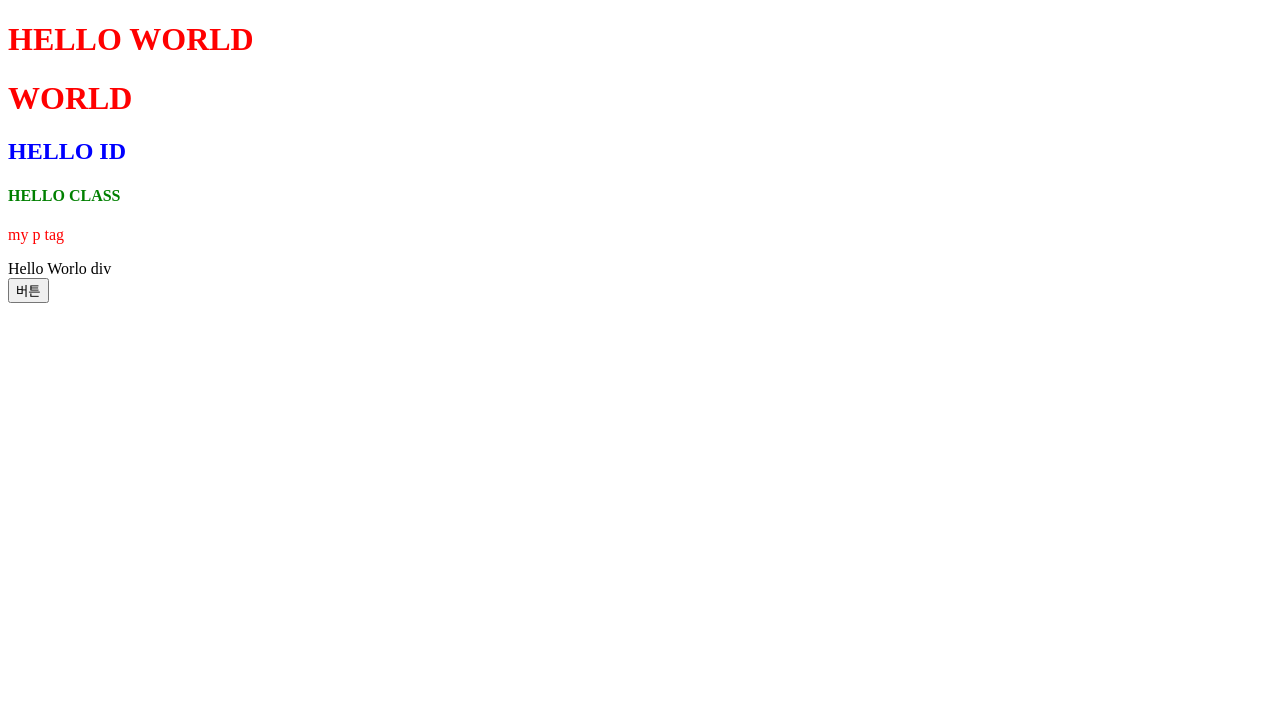
Repository: poomshen/team_03_project2
Page: Web_Jquery/WebContent/Ex01_Jquery_CDN.html
The author's editor kept a copy of each file at every save. The page is drawn from the files as they stood at one save, then again after the next save.
The browser window is 1280 px wide. The pictures show the whole page.
Some web libraries are served in a nearby version.

Above is the page before, as saved 2016-09-01 06:56:56.

### Web_Jquery/WebContent/Ex01_Jquery_CDN.html
<!DOCTYPE html>
<html>
<head>
<meta charset="UTF-8">
<title>Jquery 기본 학습</title>
<script src="https://ajax.googleapis.com/ajax/libs/jquery/3.1.0/jquery.min.js"></script>
<script type="text/javascript">
/*
	1,Jquery.con 사이 통해 학습 (다운로드)
	2.Jquery version 확인
	1.x:  브라우져 호환성 보장
	2.x : 브라우져 호환성 (IE 6,7,8 지원 없앴음)
	3.x : ???
	-Migrate : Jquery Migrate 1.2.1(하위 버전 : 사용)

	3. 압축(min) / 비압축(용량 크다)
	-Download the uncompressed, development jQuery 3.1.0
	-다운로드 :
	-편집 코드를 작성 하겠다

	-제공하는 것만 사용(코드수정 : 공백 , 엔터 제거한 버전)
	-Download the compressed, production jQuery 3.1.0

	4.CDN방식 (다운로드)
	-내 서버에 접속 사용자는 script 파일 jquery 사이트에서 받아라

	구글
	<script src="https://ajax.googleapis.com/ajax/libs/angular_material/1.1.0/angular-material.min.js">

	5.이클립스 (jquery plug-in)
		market palce  : JSDT


		JQuer library

		$(document).ready(function(){

			   // jQuery methods go here...

			});
	This is to prevent any jQuery code
	from running before the
	document is finished loading (is ready).

	window.onload = function(){ }

	== (ready 이벤트의 동작 시점)
	$(document).ready(function(){	});

*/

$(document).ready(function(){
 	$('h1,p').css('color', 'red');
 	$('#myid').css('color','blue');
 	$('.item').css('color','green');

 	$('button').click(function() {
 		$('div').hide();
 	})

});
 </script>
</head>
<body>
 	<h1>HELLO WORLD</h1>
 	<h1>WORLD</h1>
 	<h2 id ="myid">HELLO ID</h2>
 	<h4 class="item">HELLO CLASS</h4>
 	<p> my p tag</p>
 	<div>Hello Worlo div</div>
 	<input type="button" value="버튼" >
</body>
</html>

After the next save:
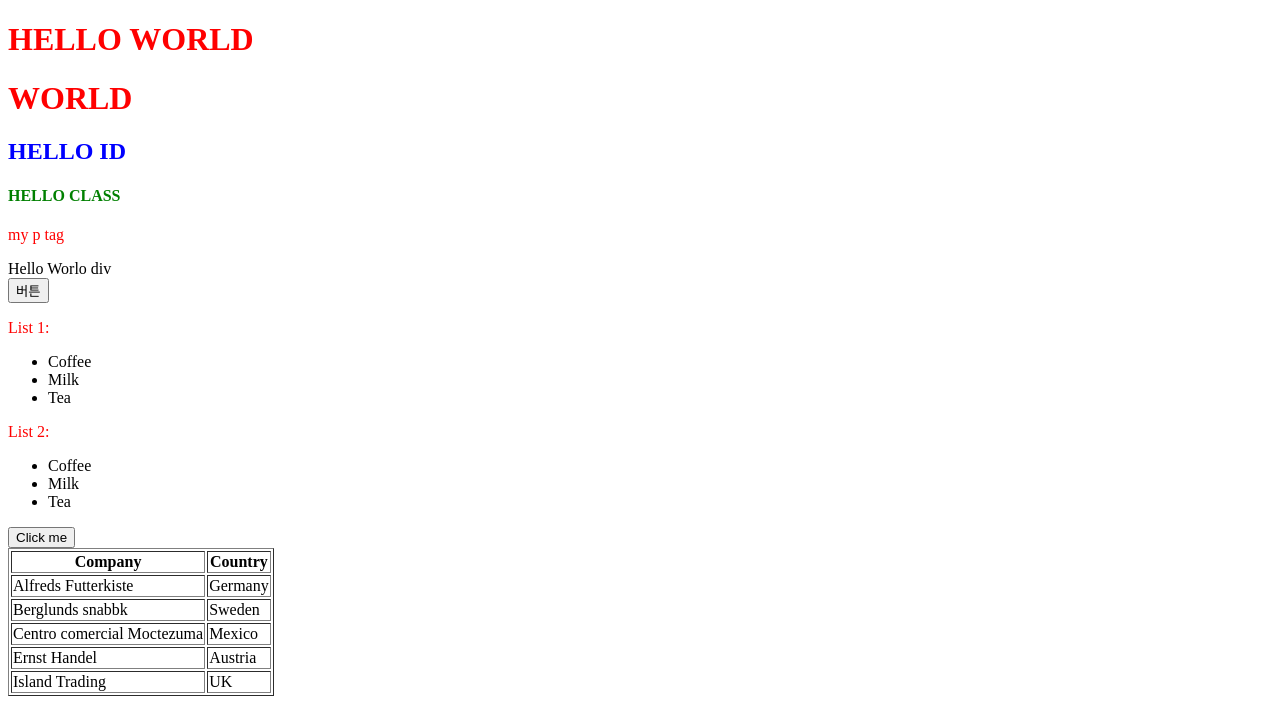
Saved 14 min 44 s later.
--- a/Web_Jquery/WebContent/Ex01_Jquery_CDN.html
+++ b/Web_Jquery/WebContent/Ex01_Jquery_CDN.html
@@ -69,5 +69,45 @@
  	<p> my p tag</p>
  	<div>Hello Worlo div</div>
  	<input type="button" value="버튼" >
+
+ 	<p>List 1:</p>
+   <ul>
+      <li>Coffee</li>
+      <li>Milk</li>
+      <li>Tea</li>
+   </ul>
+   <p>List 2:</p>
+   <ul>
+      <li>Coffee</li>
+      <li>Milk</li>
+      <li>Tea</li>
+   </ul>
+   <button>Click me</button>
+   <table border="1">
+      <tr>
+         <th>Company</th>
+         <th>Country</th>
+      </tr>
+      <tr>
+         <td>Alfreds Futterkiste</td>
+         <td>Germany</td>
+      </tr>
+      <tr>
+         <td>Berglunds snabbk</td>
+         <td>Sweden</td>
+      </tr>
+      <tr>
+         <td>Centro comercial Moctezuma</td>
+         <td>Mexico</td>
+      </tr>
+      <tr>
+         <td>Ernst Handel</td>
+         <td>Austria</td>
+      </tr>
+      <tr>
+         <td>Island Trading</td>
+         <td>UK</td>
+      </tr>
+   </table>
 </body>
 </html>

After the save that followed:
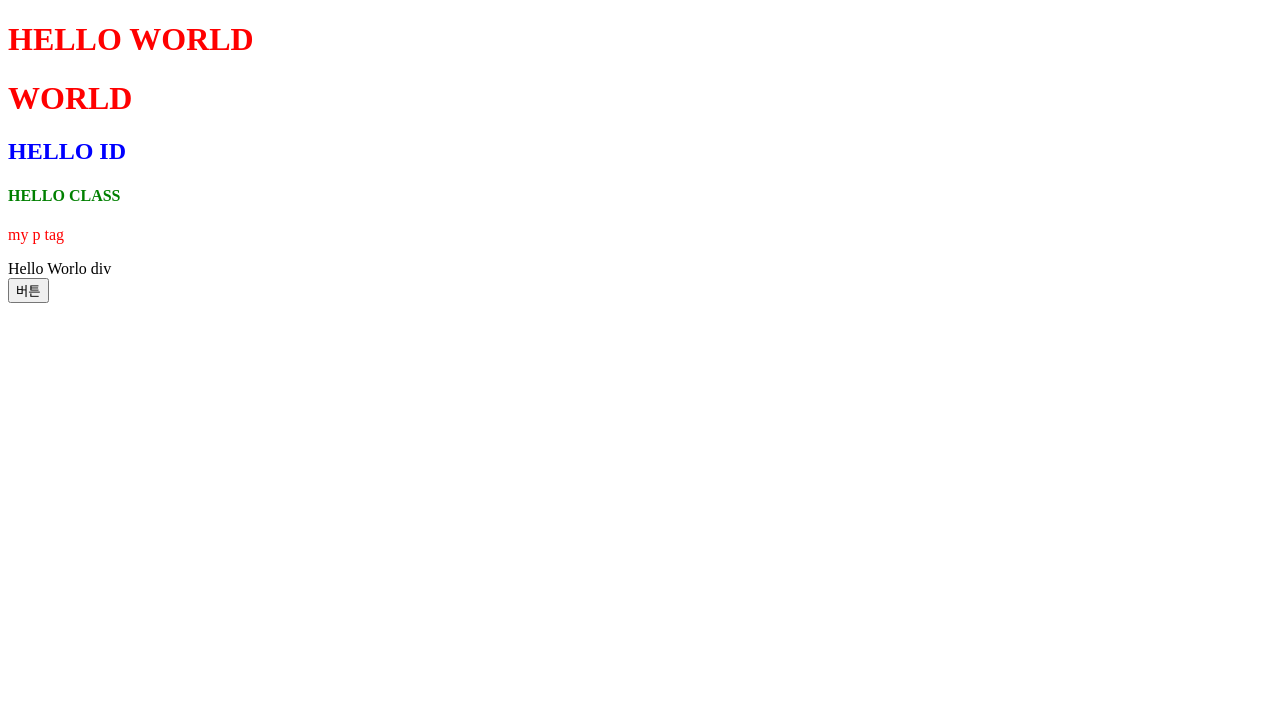
Saved 27 s later.
--- a/Web_Jquery/WebContent/Ex01_Jquery_CDN.html
+++ b/Web_Jquery/WebContent/Ex01_Jquery_CDN.html
@@ -70,44 +70,6 @@
  	<div>Hello Worlo div</div>
  	<input type="button" value="버튼" >
 
- 	<p>List 1:</p>
-   <ul>
-      <li>Coffee</li>
-      <li>Milk</li>
-      <li>Tea</li>
-   </ul>
-   <p>List 2:</p>
-   <ul>
-      <li>Coffee</li>
-      <li>Milk</li>
-      <li>Tea</li>
-   </ul>
-   <button>Click me</button>
-   <table border="1">
-      <tr>
-         <th>Company</th>
-         <th>Country</th>
-      </tr>
-      <tr>
-         <td>Alfreds Futterkiste</td>
-         <td>Germany</td>
-      </tr>
-      <tr>
-         <td>Berglunds snabbk</td>
-         <td>Sweden</td>
-      </tr>
-      <tr>
-         <td>Centro comercial Moctezuma</td>
-         <td>Mexico</td>
-      </tr>
-      <tr>
-         <td>Ernst Handel</td>
-         <td>Austria</td>
-      </tr>
-      <tr>
-         <td>Island Trading</td>
-         <td>UK</td>
-      </tr>
-   </table>
+
 </body>
 </html>
